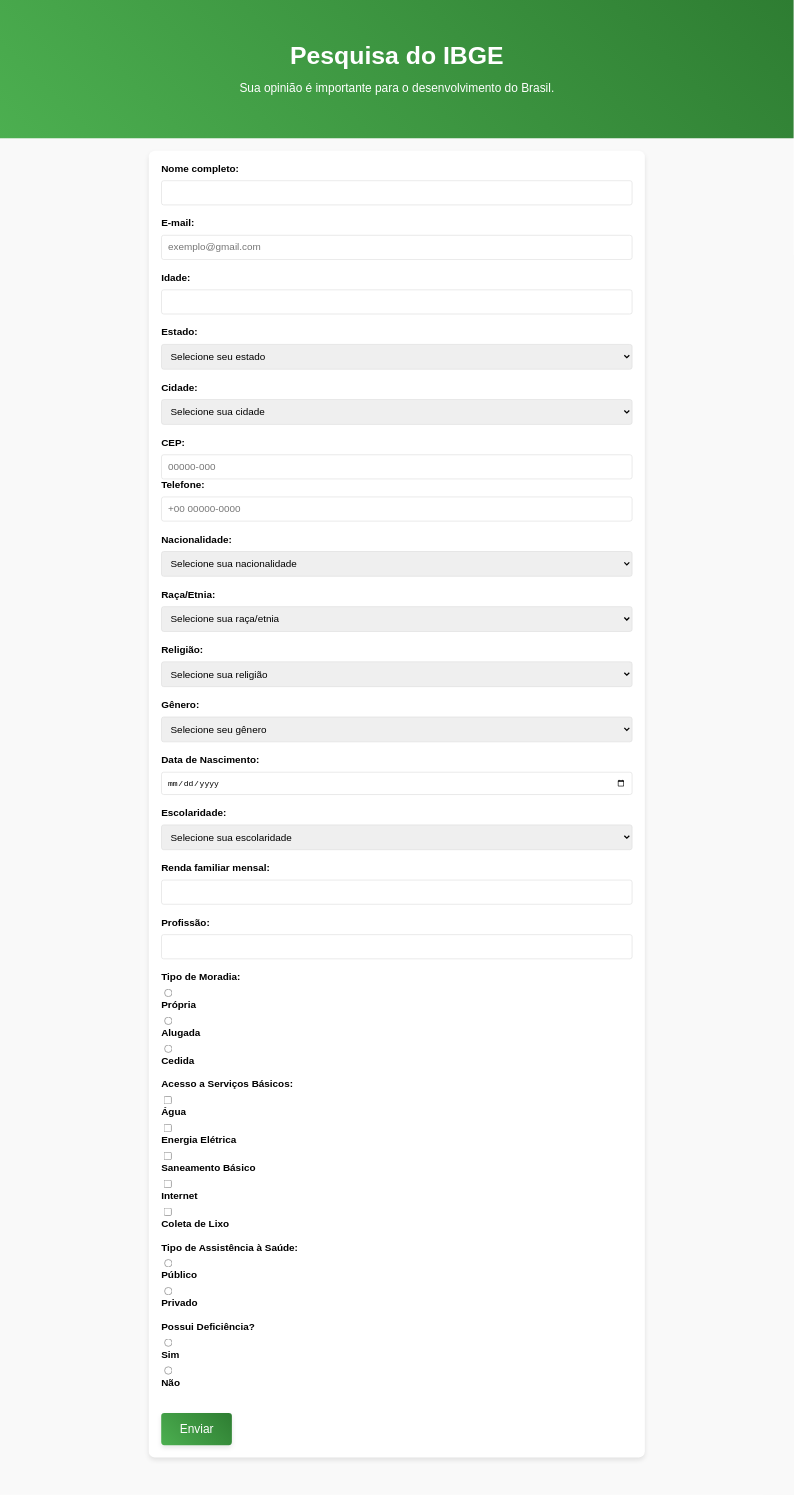
Repository: Gabrielb0rn/Projeto-Formul-rio.io
Page: index.html
An editor plug-in stored every save of this project. The page is shown before and after the next save, followed by the edit.
The browser window is 1280 px wide. The pictures show the whole page, at 62% of full size.

Above is the page before, as saved 2024-07-01 08:52:52.

### index.html
<!DOCTYPE html>
<html lang="pt-BR">
<head>
    <meta charset="UTF-8">
    <meta name="viewport" content="width=device-width, initial-scale=1.0">
    <title>Pesquisa do IBGE</title>
    <link rel="stylesheet" href="assets/style.css">
</head>
<body>
    <header>
        <div class="container">
            <h1>Pesquisa do IBGE</h1>
            <p>Sua opinião é importante para o desenvolvimento do Brasil.</p>
        </div>
    </header>
    <main>
        <div class="container">
            <form id="form">
                <div class="form-group">
                    <label for="nome">Nome completo:</label>
                    <input type="text" id="nome" name="nome" required>
                </div>
                <div class="form-group">
                    <label for="email">E-mail:</label>
                    <input type="email" id="email" name="email" required placeholder="exemplo@gmail.com">
                </div>
                <div class="form-group">
                    <label for="idade">Idade:</label>
                    <input type="number" id="idade" name="idade" required>
                </div>
                <div class="form-group">
                    <label for="estado">Estado:</label>
                    <select id="estado" name="estado" required>
                        <option value="">Selecione seu estado</option>
                        <option value="AC">Acre</option>
                        <option value="AL">Alagoas</option>
                        <option value="AP">Amapá</option>
                        <option value="AM">Amazonas</option>
                        <option value="BA">Bahia</option>
                        <option value="CE">Ceará</option>
                        <option value="DF">Distrito Federal</option>
                        <option value="ES">Espírito Santo</option>
                        <option value="GO">Goiás</option>
                        <option value="MA">Maranhão</option>
                        <option value="MG">Minas Gerais</option>
                        <option value="MS">Mato Grosso do Sul</option>
                        <option value="MT">Mato Grosso</option>
                        <option value="PA">Pará</option>
                        <option value="PB">Paraíba</option>
                        <option value="PE">Pernambuco</option>
                        <option value="PI">Piauí</option>
                        <option value="PR">Paraná</option>
                        <option value="RJ">Rio de Janeiro</option>
                        <option value="RN">Rio Grande do Norte</option>
                        <option value="RO">Rondônia</option>
                        <option value="RR">Roraima</option>
                        <option value="RS">Rio Grande do Sul</option>
                        <option value="SC">Santa Catarina</option>
                        <option value="SE">Sergipe</option>
                        <option value="SP">São Paulo</option>
                        <option value="TO">Tocantins</option>
                    </select>
                </div>
                <div class="form-group inline-group">
                    <div class="form-group">
                        <label for="cidade">Cidade:</label>
                        <select id="cidade" name="cidade" required>
                            <option value="">Selecione sua cidade</option>
                        </select>
                    </div>
                </div>
                <div class="form-group inline-group">
                    <div>
                        <label for="cep">CEP:</label>
                        <input type="text" id="cep" name="cep" required placeholder="00000-000">
                    </div>
                    <div>
                        <label for="telefone">Telefone:</label>
                        <input type="tel" id="telefone" name="telefone" required placeholder="+00 00000-0000">
                    </div>
                </div>
                <div class="form-group">
                    <label for="nacionalidade">Nacionalidade:</label>
                    <select id="nacionalidade" name="nacionalidade" required>
                        <option value="">Selecione sua nacionalidade</option>
                        <option value="Brasileiro">Brasileiro</option>
                        <option value="Estrangeiro">Estrangeiro</option>
                    </select>
                </div>
                <div class="form-group">
                    <label for="raca">Raça/Etnia:</label>
                    <select id="raca" name="raca" required>
                        <option value="">Selecione sua raça/etnia</option>
                        <option value="Branca"></option>
                        <option value="Preta"></option>
                        <option value="Parda"></option>
                        <option value="Amarela"></option>
                        <option value="Indígena"></option>
                        <option value="Alien"></option>
                    </select>
                </div>
                <div class="form-group">
                    <label for="religiao">Religião:</label>
                    <select id="religiao" name="religiao" required>
                        <option value="">Selecione sua religião</option>
                        <option value="Católica"></option>
                        <option value="Evangélica"></option>
                        <option value="Espírita"></option>
                        <option value="Outras"></option>
                    </select>
                </div>
                <div class="form-group">
                    <label for="genero">Gênero:</label>
                    <select id="genero" name="genero" required>
                        <option value="">Selecione seu gênero</option>
                        <option value="Masculino">Masculino</option>
                        <option value="Feminino">Feminino</option>
                        <option value="Outro">Outro</option>
                    </select>
                </div>
                <div class="form-group">
                    <label for="data_nascimento">Data de Nascimento:</label>
                    <input type="date" id="data_nascimento" name="data_nascimento" required>
                </div>
                <div class="form-group">
                    <label for="escolaridade">Escolaridade:</label>
                    <select id="escolaridade" name="escolaridade" required>
                        <option value="">Selecione sua escolaridade</option>
                        <option value="Ensino Fundamental Incompleto">Ensino Fundamental Incompleto</option>
                        <option value="Ensino Fundamental Completo">Ensino Fundamental Completo</option>
                        <option value="Ensino Médio Incompleto">Ensino Médio Incompleto</option>
                        <option value="Ensino Médio Completo">Ensino Médio Completo</option>
                        <option value="Superior Incompleto">Superior Incompleto</option>
                        <option value="Superior Completo">Superior Completo</option>
                        <option value="Pós-Graduação">Pós-Graduação</option>
                    </select>
                </div>
                <div class="form-group">
                    <label for="renda">Renda familiar mensal:</label>
                    <input type="number" id="renda" name="renda" required>
                </div>
                <div class="form-group">
                    <label for="profissao">Profissão:</label>
                    <input type="text" id="profissao" name="profissao">
                </div>
                <div class="form-group radio-group">
                    <label>Tipo de Moradia:</label>
                    <div>
                        <input type="radio" id="propria" name="moradia" value="propria">
                        <label for="propria">Própria</label>
                    </div>
                    <div>
                        <input type="radio" id="alugada" name="moradia" value="alugada">
                        <label for="alugada">Alugada</label>
                    </div>
                    <div>
                        <input type="radio" id="cedida" name="moradia" value="cedida">
                        <label for="cedida">Cedida</label>
                    </div>
                </div>
                <div class="form-group checkbox-group">
                    <label>Acesso a Serviços Básicos:</label>
                    <div>
                        <input type="checkbox" id="agua" name="servicos" value="agua">
                        <label for="agua">Água</label>
                    </div>
                    <div>
                        <input type="checkbox" id="energia" name="servicos" value="energia">
                        <label for="energia">Energia Elétrica</label>
                    </div>
                    <div>
                        <input type="checkbox" id="saneamento" name="servicos" value="saneamento">
                        <label for="saneamento">Saneamento Básico</label>
                    </div>
                    <div>
                        <input type="checkbox" id="internet" name="servicos" value="internet">
                        <label for="internet">Internet</label>
                    </div>
                    <div>
                        <input type="checkbox" id="coleta" name="servicos" value="coleta">
                        <label for="coleta">Coleta de Lixo</label>
                    </div>
                </div>
                <div class="form-group radio-group">
                    <label>Tipo de Assistência à Saúde:</label>
                    <div>
                        <input type="radio" id="publico" name="saude" value="publico">
                        <label for="publico">Público</label>
                    </div>
                    <div>
                        <input type="radio" id="privado" name="saude" value="privado">
                        <label for="privado">Privado</label>
                    </div>
                </div>
                <div class="form-group radio-group">
                    <label>Possui Deficiência?</label>
                    <div>
                        <input type="radio" id="sim" name="deficiencia" value="sim">
                        <label for="sim">Sim</label>
                    </div>
                    <div>
                        <input type="radio" id="nao" name="deficiencia" value="nao">
                        <label for="nao">Não</label>
                    </div>
                </div>
                <button type="submit" class="btn">Enviar</button>
            </form>
        </div>
    </main>
    <script src="assets\scripts.js"></script>
</body>
</html>

### assets/style.css
/* Estilos Globais */
body {
    font-family: 'Arial', sans-serif;
    margin: 0;
    padding: 0;
    background-color: #f9f9f9;
}

header {
    background: linear-gradient(45deg, #4CAF50, #2E7D32);
    color: white;
    padding: 20px 0;
    text-align: center;
}

.container {
    width: 90%;
    max-width: 800px;
    margin: 0 auto;
    padding: 20px;
}

/* Estilos de Texto */
h1 {
    font-size: 2.5em;
    margin-bottom: 10px;
}

p {
    font-size: 1.2em;
    margin-bottom: 30px;
}

/* Estilos do Formulário */
form {
    background-color: white;
    padding: 20px;
    border-radius: 10px;
    box-shadow: 0 4px 8px rgba(0, 0, 0, 0.1);
    margin-bottom: 40px;
}

.form-group {
    margin-bottom: 20px;
}

label {
    display: block;
    margin-bottom: 5px;
    font-weight: bold;
}

input, select {
    width: 100%;
    padding: 10px;
    border: 1px solid #ddd;
    border-radius: 4px;
    box-sizing: border-box;
    font-size: 1em;
    margin-top: 5px;
}

input[type="radio"], input[type="checkbox"] {
    width: auto;
    margin-right: 10px;
}

input[type="date"] {
    padding: 9px;
}

button {
    background: linear-gradient(45deg, #4CAF50, #2E7D32);
    color: white;
    border: none;
    padding: 15px 30px;
    text-align: center;
    cursor: pointer;
    border-radius: 5px;
    font-size: 1.2em;
    margin-top: 20px;
    transition: background 0.3s ease, transform 0.2s ease;
    box-shadow: 0 4px 8px rgba(0, 0, 0, 0.1);
}

button:hover {
    background: linear-gradient(45deg, #45a049, #388E3C);
    transform: translateY(-2px);
}

/* Estilos Responsivos */
@media (max-width: 600px) {
    h1 {
        font-size: 2em;
    }

    p {
        font-size: 1em;
    }

    form {
        padding: 15px;
    }

    button {
        width: 100%;
        padding: 15px;
    }
}

/* Estilos de Grupo de Inputs */

.form-group radio-group {
    display: flex;
    align-items: center;
    margin-bottom: 10px;
}

.form-group radio-group label {
    margin-right: 10px;
}

.form-group radio-group input[type="radio"] {
    margin-right: 5px;
}

/* Estilos de Tabela */
table {
    width: 100%;
    border-collapse: collapse;
    margin-top: 20px;
}

th, td {
    padding: 10px;
    text-align: left;
    border-bottom: 1px solid #ddd;
}

th {
    background-color: #f2f2f2;
}

/* Estilos de Seções */
section {
    margin-bottom: 40px;
}

section h2 {
    font-size: 1.8em;
    margin-bottom: 10px;
}

/* Estilos de Rodapé */
footer {
    background-color: #333;
    color: white;
    padding: 20px 0;
    text-align: center;
    position: fixed;
    bottom: 0;
    width: 100%;
}

footer p {
    margin: 0;
}

/* Estilos de Links */
a {
    color: #007bff;
    text-decoration: none;
}

a:hover {
    text-decoration: underline;
}

/* Estilos de Erros */
.error {
    color: red;
    font-size: 0.9em;
    margin-bottom: 10px;
}

/* Estilos de Sucesso */
.success {
    color: green;
    font-size: 0.9em;
    margin-bottom: 10px;
}

/* Estilos de Avisos */
.warning {
    color: orange;
    font-size: 0.9em;
    margin-bottom: 10px;
}

/* Estilos de Informações */
.info {
    color: blue;
    font-size: 0.9em;
    margin-bottom: 10px;
}

/* Estilos de Formulário */

### assets/scripts.js
document.addEventListener('DOMContentLoaded', function() {
    const estadoSelect = document.getElementById('estado');
    const cidadeSelect = document.getElementById('cidade');

    const cidadesPorEstado = {
        "AC": ["Rio Branco", "Cruzeiro do Sul", "Sena Madureira"],
        "AL": ["Maceió", "Arapiraca", "Palmeira dos Índios"],
        "AP": ["Macapá", "Santana", "Laranjal do Jari"],
        "AM": ["Manaus", "Parintins", "Itacoatiara"],
        "BA": ["Salvador", "Feira de Santana", "Vitória da Conquista"],
        "CE": ["Fortaleza", "Caucaia", "Juazeiro do Norte"],
        "DF": ["Brasília"],
        "ES": ["Vitória", "Vila Velha", "Serra"],
        "GO": ["Goiânia", "Aparecida de Goiânia", "Anápolis"],
        "MA": ["São Luís", "Imperatriz", "Timon"],
        "MG": ["Belo Horizonte", "Uberlândia", "Contagem"],
        "MS": ["Campo Grande", "Dourados", "Três Lagoas"],
        "MT": ["Cuiabá", "Várzea Grande", "Rondonópolis"],
        "PA": ["Belém", "Ananindeua", "Santarém"],
        "PB": ["João Pessoa", "Campina Grande", "Santa Rita"],
        "PE": ["Recife", "Jaboatão dos Guararapes", "Olinda"],
        "PI": ["Teresina", "Parnaíba", "Picos"],
        "PR": ["Curitiba", "Londrina", "Maringá"],
        "RJ": ["Rio de Janeiro", "Niterói", "Duque de Caxias"],
        "RN": ["Natal", "Mossoró", "Parnamirim"],
        "RO": ["Porto Velho", "Ji-Paraná", "Ariquemes"],
        "RR": ["Boa Vista", "Rorainópolis", "Caracaraí"],
        "RS": ["Porto Alegre", "Caxias do Sul", "Pelotas"],
        "SC": ["Florianópolis", "Joinville", "Blumenau"],
        "SE": ["Aracaju", "Nossa Senhora do Socorro", "Lagarto"],
        "SP": ["São Paulo", "Campinas", "São Bernardo do Campo"],
        "TO": ["Palmas", "Araguaína", "Gurupi"]
    };

    estadoSelect.addEventListener('change', function() {
        const estadoSelecionado = estadoSelect.value;
        cidadeSelect.innerHTML = '<option value="">Selecione sua cidade</option>'; //Script para limpar as outras opc

        if (estadoSelecionado) {
            const cidades = cidadesPorEstado[estadoSelecionado];
            cidades.forEach(function(cidade) {
                const option = document.createElement('option');
                option.value = cidade;
                option.textContent = cidade;
                cidadeSelect.appendChild(option);
            });
        }
    });
});

After the next save:
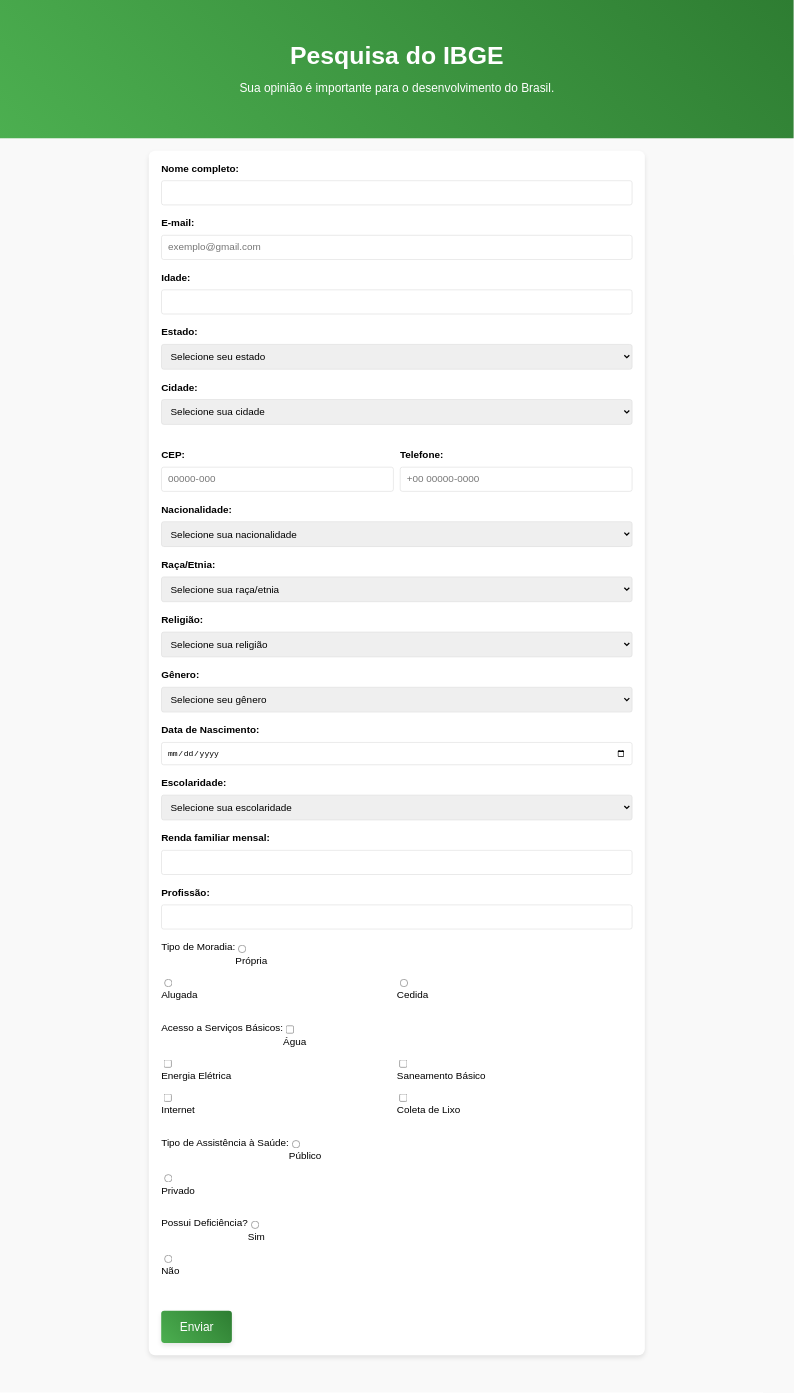
Saved 2 min 53 s later.
--- a/assets/style.css
+++ b/assets/style.css
@@ -109,99 +109,33 @@
 }
 
 /* Estilos de Grupo de Inputs */
+.form-group.inline-group {
+    display: flex;
+    flex-wrap: wrap;
+    justify-content: space-between;
+}
 
-.form-group radio-group {
+.form-group.inline-group > div {
+    flex: 1;
+    min-width: 45%;
+}
+
+.form-group.inline-group > div:not(:last-child) {
+    margin-right: 10px;
+}
+
+/* Estilos de Serviços Básicos e Tipo de Moradia */
+.form-group.checkbox-group, .form-group.radio-group {
     display: flex;
-    align-items: center;
+    flex-wrap: wrap;
+}
+
+.form-group.checkbox-group > div, .form-group.radio-group > div {
+    flex: 1;
+    min-width: 45%;
     margin-bottom: 10px;
 }
 
-.form-group radio-group label {
-    margin-right: 10px;
+.form-group.checkbox-group label, .form-group.radio-group label {
+    font-weight: normal;
 }
-
-.form-group radio-group input[type="radio"] {
-    margin-right: 5px;
-}
-
-/* Estilos de Tabela */
-table {
-    width: 100%;
-    border-collapse: collapse;
-    margin-top: 20px;
-}
-
-th, td {
-    padding: 10px;
-    text-align: left;
-    border-bottom: 1px solid #ddd;
-}
-
-th {
-    background-color: #f2f2f2;
-}
-
-/* Estilos de Seções */
-section {
-    margin-bottom: 40px;
-}
-
-section h2 {
-    font-size: 1.8em;
-    margin-bottom: 10px;
-}
-
-/* Estilos de Rodapé */
-footer {
-    background-color: #333;
-    color: white;
-    padding: 20px 0;
-    text-align: center;
-    position: fixed;
-    bottom: 0;
-    width: 100%;
-}
-
-footer p {
-    margin: 0;
-}
-
-/* Estilos de Links */
-a {
-    color: #007bff;
-    text-decoration: none;
-}
-
-a:hover {
-    text-decoration: underline;
-}
-
-/* Estilos de Erros */
-.error {
-    color: red;
-    font-size: 0.9em;
-    margin-bottom: 10px;
-}
-
-/* Estilos de Sucesso */
-.success {
-    color: green;
-    font-size: 0.9em;
-    margin-bottom: 10px;
-}
-
-/* Estilos de Avisos */
-.warning {
-    color: orange;
-    font-size: 0.9em;
-    margin-bottom: 10px;
-}
-
-/* Estilos de Informações */
-.info {
-    color: blue;
-    font-size: 0.9em;
-    margin-bottom: 10px;
-}
-
-/* Estilos de Formulário */

After the 2 saves that followed:
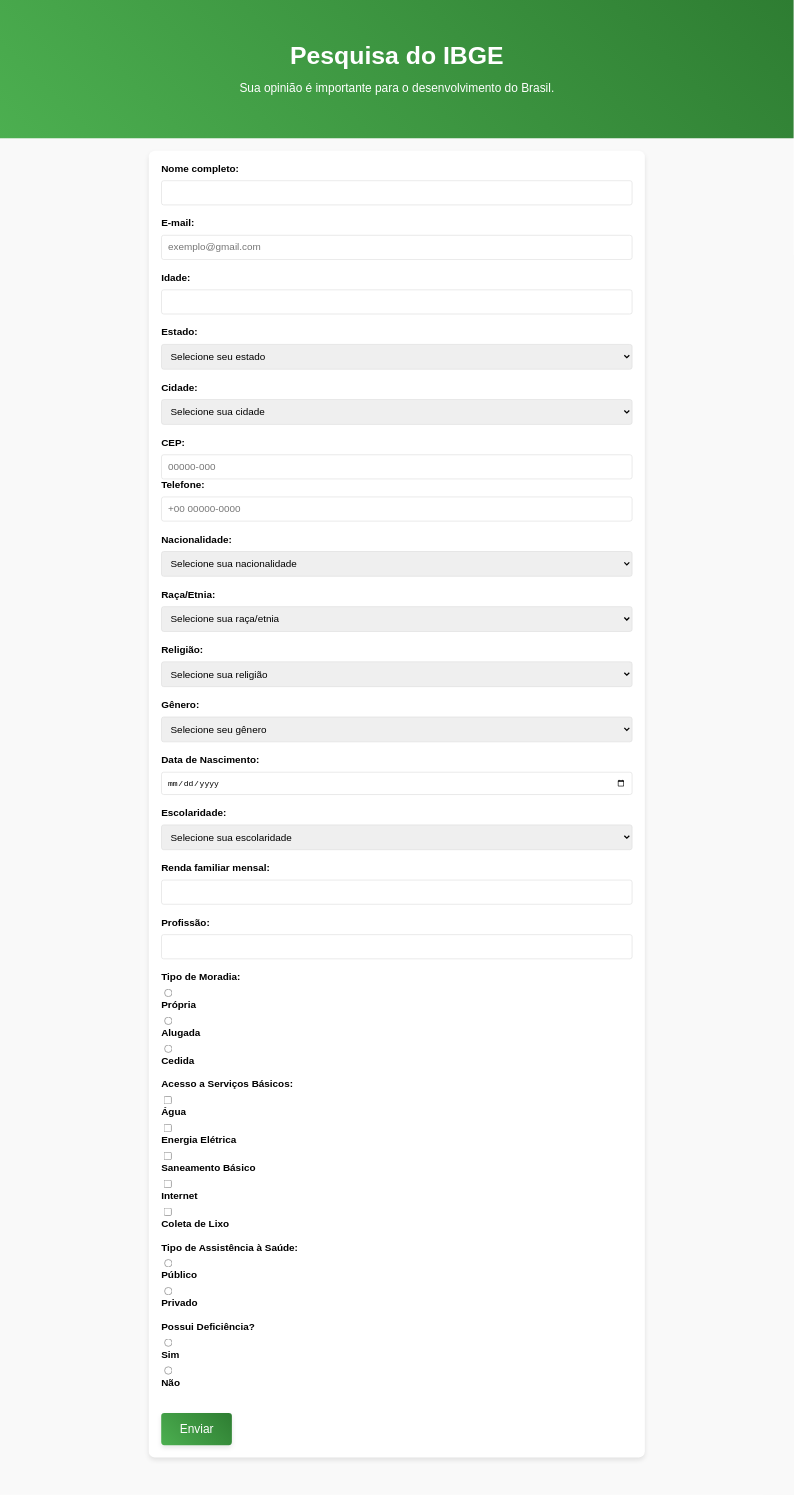
The 2 saves are shown as one change because 1 left the picture as it was.
The last was saved 94 s later.
--- a/assets/style.css
+++ b/assets/style.css
@@ -107,35 +107,3 @@
         padding: 15px;
     }
 }
-
-/* Estilos de Grupo de Inputs */
-.form-group.inline-group {
-    display: flex;
-    flex-wrap: wrap;
-    justify-content: space-between;
-}
-
-.form-group.inline-group > div {
-    flex: 1;
-    min-width: 45%;
-}
-
-.form-group.inline-group > div:not(:last-child) {
-    margin-right: 10px;
-}
-
-/* Estilos de Serviços Básicos e Tipo de Moradia */
-.form-group.checkbox-group, .form-group.radio-group {
-    display: flex;
-    flex-wrap: wrap;
-}
-
-.form-group.checkbox-group > div, .form-group.radio-group > div {
-    flex: 1;
-    min-width: 45%;
-    margin-bottom: 10px;
-}
-
-.form-group.checkbox-group label, .form-group.radio-group label {
-    font-weight: normal;
-}
